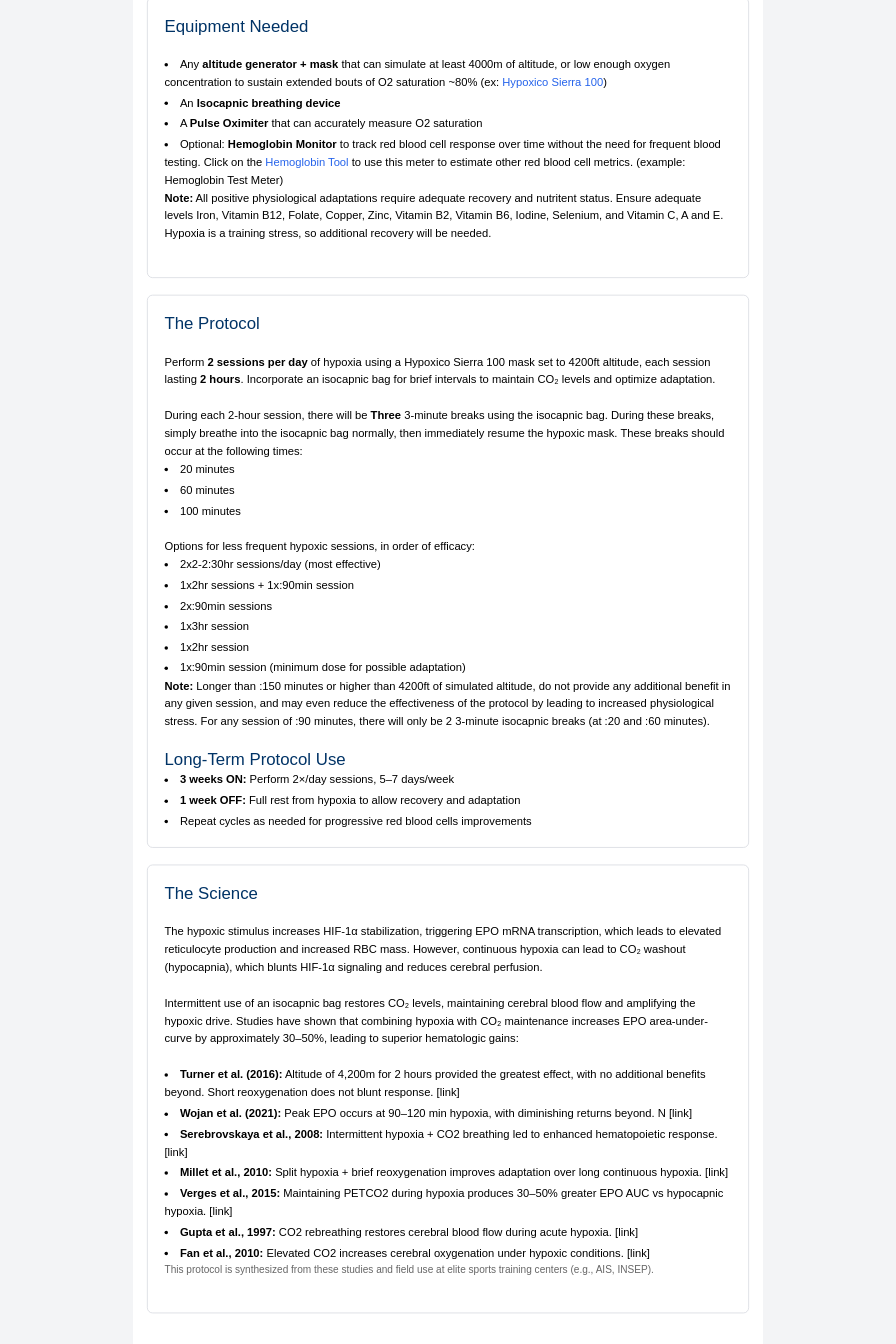
Repository: austenhughes1/hemoglobin_rbc_metrics
Page: hypoxia_protocol.html
The author's editor kept a copy of each file at every save. The page is drawn from the files as they stood at one save, then again after the next save.
The browser window is 1280 px wide. The pictures show the part of the page from y = 873 to 2793 px (the page is 2793 px tall), at 70% of full size.
Some web libraries are served in a nearby version.

Above is the page before, as saved 2025-06-26 15:34:08.

After the next save:
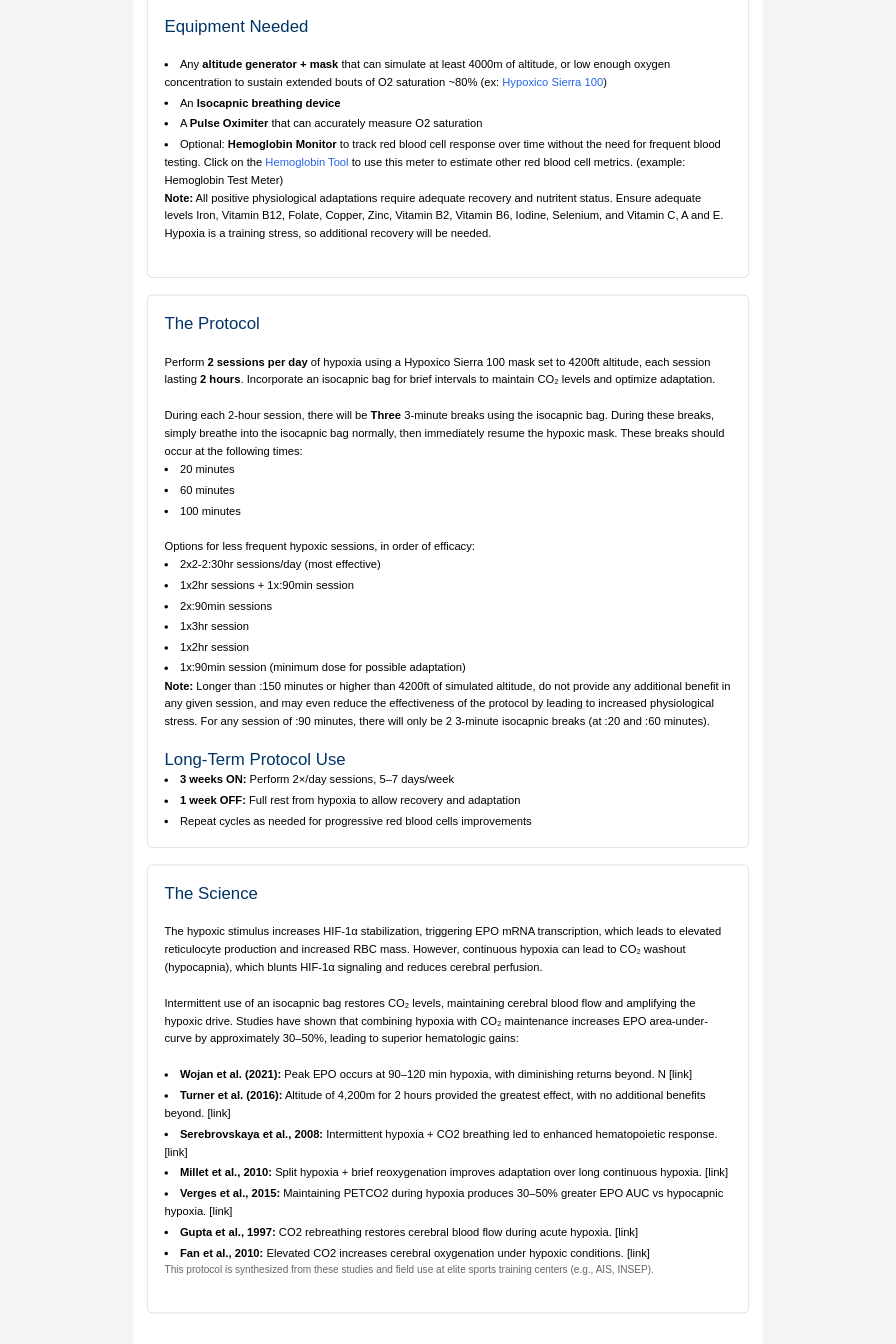
Saved 11 s later.
--- a/hypoxia_protocol.html
+++ b/hypoxia_protocol.html
@@ -137,9 +137,8 @@
         </p>
         <br>
         <ul class="list-disc list-inside space-y-1">
-            <li><strong>Turner et al. (2016):</strong> Altitude of 4,200m for 2 hours provided the greatest effect, with no additional benefits beyond. Short reoxygenation does not blunt response.  [<a href="chrome-extension://efaidnbmnnnibpcajpcglclefindmkaj/https://scispace.com/pdf/the-time-course-of-endogenous-erythropoietin-il-6-and-tnfa-ay76186dmp.pdf?utm_source=chatgpt.com" target="_blank">link</a>]</li>
             <li><strong>Wojan et al. (2021):</strong> Peak EPO occurs at 90–120 min hypoxia, with diminishing returns beyond. N [<a href="https://digitalcommons.wku.edu/ijesab/vol2/iss13/14/" target="_blank">link</a>]</li>
-
+            <li><strong>Turner et al. (2016):</strong> Altitude of 4,200m for 2 hours provided the greatest effect, with no additional benefits beyond. [<a href="chrome-extension://efaidnbmnnnibpcajpcglclefindmkaj/https://scispace.com/pdf/the-time-course-of-endogenous-erythropoietin-il-6-and-tnfa-ay76186dmp.pdf?utm_source=chatgpt.com" target="_blank">link</a>]</li>
 
             <li><strong>Serebrovskaya et al., 2008:</strong> Intermittent hypoxia + CO2 breathing led to enhanced hematopoietic response. [<a href="https://pubmed.ncbi.nlm.nih.gov/18331220/" target="_blank">link</a>]</li>
             <li><strong>Millet et al., 2010:</strong> Split hypoxia + brief reoxygenation improves adaptation over long continuous hypoxia. [<a href="https://pubmed.ncbi.nlm.nih.gov/20020784/" target="_blank">link</a>]</li>
